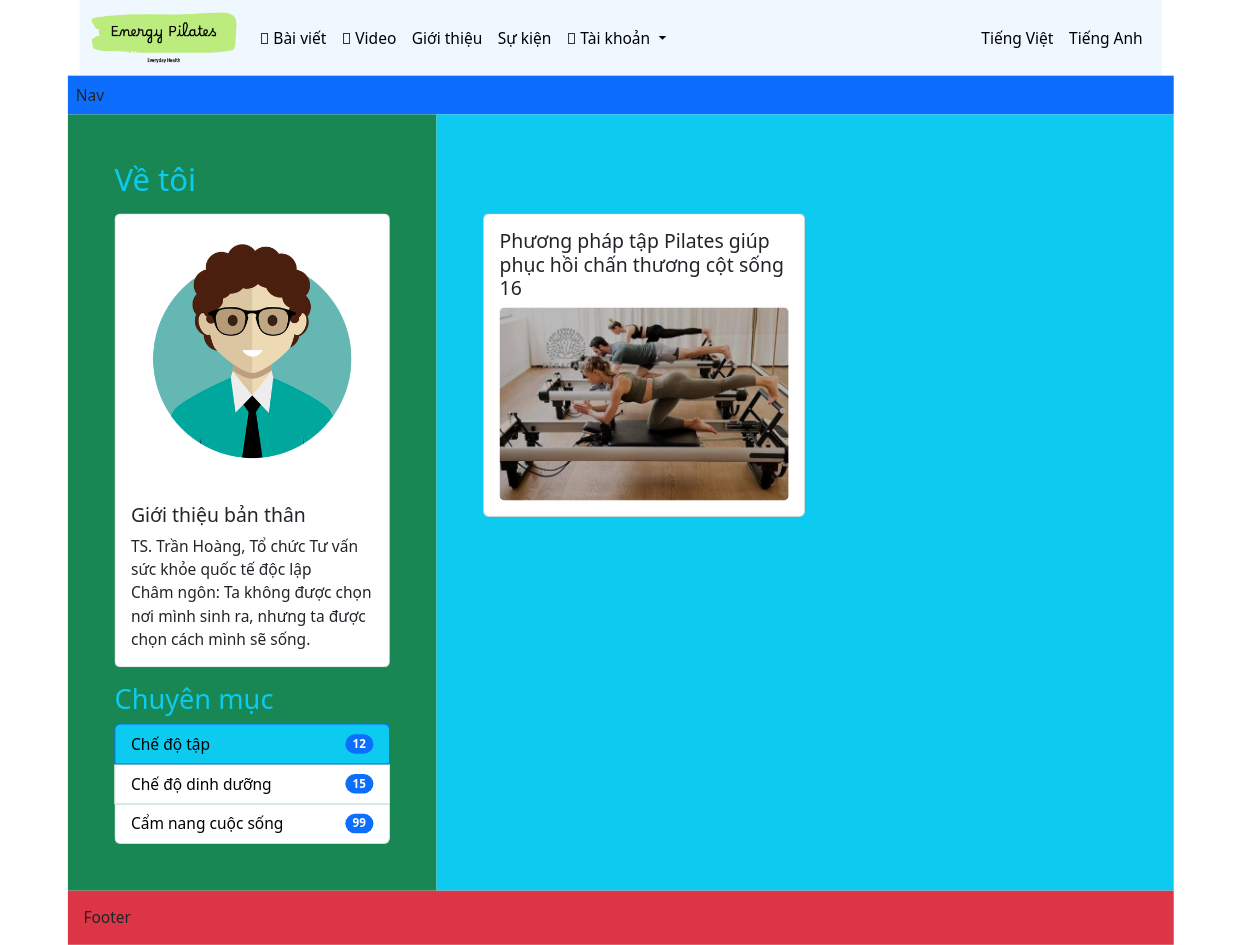
Repository: KizukoHeiwa/SOF308
Page: Lab1/index.html
An editor plug-in stored every save of this project. The page is shown before and after the next save, followed by the edit.
The browser window is 1280 px wide. The pictures show the whole page, at 97% of full size.

Above is the page before, as saved 2024-10-31 10:27:40.

### Lab1/index.html
<!DOCTYPE html>
<html lang="en">
<head>
    <meta charset="UTF-8">
    <meta name="viewport" content="width=device-width, initial-scale=1.0">
    <title>FPT Polytechnic</title>
    <link href="https://cdn.jsdelivr.net/npm/bootstrap@5.3.3/dist/css/bootstrap.min.css" rel="stylesheet" integrity="sha384-QWTKZyjpPEjISv5WaRU9OFeRpok6YctnYmDr5pNlyT2bRjXh0JMhjY6hW+ALEwIH" crossorigin="anonymous">
    <script src="https://cdn.jsdelivr.net/npm/bootstrap@5.3.3/dist/js/bootstrap.bundle.min.js" integrity="sha384-YvpcrYf0tY3lHB60NNkmXc5s9fDVZLESaAA55NDzOxhy9GkcIdslK1eN7N6jIeHz" crossorigin="anonymous"></script>
    <link rel="stylesheet" href="https://cdnjs.cloudflare.com/ajax/libs/font-awesome/4.7.0/css/font-awesome.min.css">
    <style>
        header{
            background-color: aliceblue;
            /* box-shadow: 1px 1px 2px 1px lightgray; */
        }
        .nav-link{
            color: black;
        }
        .nav-link:hover{
            color: green;
        }
        .navbar-nav .nav-link.active, .navbar-nav .nav-link.show {
            color: green;
        }
    </style>

</head>
<body>
    <div class="container">
        <header>
            <nav class="navbar navbar-expand-sm">
                <div class="container">
                    <a class="navbar-brand" href="#">
                        <img src="img/logo-energy-pilates.png" alt="" style="width: 150px;">
                    </a>
                    <div class="collapse navbar-collapse" id="collapsibleNavbar">
                        <ul class="navbar-nav me-auto">
                            <li class="nav-item">
                                <a class="nav-link" href="#"><i class="fa-solid fa-list"></i> Bài viết</a>
                            </li>
                            <li class="nav-item">
                                <a class="nav-link" href="#"><i class="fa-solid fa-film"></i> Video</a>
                            </li>
                            <li class="nav-item">
                                <a class="nav-link" href="#"><i class="fa-solid fa-circle-info"></i> Giới thiệu</a>
                            </li>
                            <li class="nav-item">
                                <a class="nav-link" href="#"><i class="fa-solid fa-calendar-days"></i> Sự kiện</a>
                            </li>
                            <li class="nav-item dropdown">
                                <a class="nav-link dropdown-toggle" href="#" role="button" data-bs-toggle="dropdown">
                                    <i class="fa-solid fa-user"></i> Tài khoản
                                </a>
                                <ul class="dropdown-menu">
                                    <li><a class="dropdown-item" href="#">Đăng nhập</a></li>
                                    <li><a class="dropdown-item" href="#">Quên mật khẩu</a></li>
                                    <li><a class="dropdown-item" href="#">Đăng ký thành viên</a></li>
                                </ul>
                            </li>
                        </ul>
                        <ul class="navbar-nav d-flex">
                            <li class="nav-item">
                                <a class="nav-link">Tiếng Việt</a>
                            </li>
                            <li class="nav-item">
                                <a class="nav-link">Tiếng Anh</a>
                            </li>
                        </ul>
                    </div>
                </div>
            </nav>
        </header>
        <nav class="row bg-primary p-2">Nav</nav>
        <section class="row">
            <aside class="col-sm-4 bg-success p-5">
                <div class="col-sm">
                    <h2 class="text-info mb-3">Về tôi</h2>
                    <div class="card mb-3">
                        <img src="img/avatar.png" class="card-img-top" alt="">
                        <div class="card-body">
                            <h5 class="card-title">Giới thiệu bản thân</h5>
                            <p class="card-text">TS. Trần Hoàng, Tổ chức Tư vấn sức khỏe quốc tế độc lập <br>
                                Châm ngôn: Ta không được chọn nơi mình sinh ra, nhưng ta được chọn cách mình sẽ sống.
                            </p>
                        </div>
                    </div>

                    <h3 class="text-info mt-2">Chuyên mục</h3>
                    <ul class="list-group">
                        <li class="list-group-item active bg-info d-flex justify-content-between align-items-center">
                            <a class="nav-link" href="#">Chế độ tập</a>
                            <span class="badge bg-primary rounded-pill">12</span>
                        </li>
                        <li class="list-group-item d-flex justify-content-between align-items-center">
                            <a class="nav-link" href="#">Chế độ dinh dưỡng</a>
                            <span class="badge bg-primary rounded-pill">15</span>
                        </li>
                        <li class="list-group-item d-flex justify-content-between align-items-center">
                            <a class="nav-link" href="#">Cẩm nang cuộc sống</a>
                            <span class="badge bg-primary rounded-pill">99</span>
                        </li>
                    </ul>
                    <!-- end Chuyên mục -->
                </div>
            </aside>
            <article class="col-sm-8 bg-info p-5">
                <div class="col-sm">
                    <h2 class="text-info mb-3">Blog của tôi</h2>
                    <div class="card col-sm-6">
                        <div class="card-body">
                            <h5 class="card-title">Phương pháp tập Pilates giúp phục hồi chấn thương cột sống <i class="fa-solid fa-message"></i> 16</h5>
                            <img src="img/tap-piltes.jpg" alt="" class="card-img">
                            <p class="card-text"></p>
                        </div>
                    </div>
                </div>
            </article>
        </section>
        <footer class="row bg-danger p-3">Footer</footer>
    </div>
</body>
</html>

After the next save:
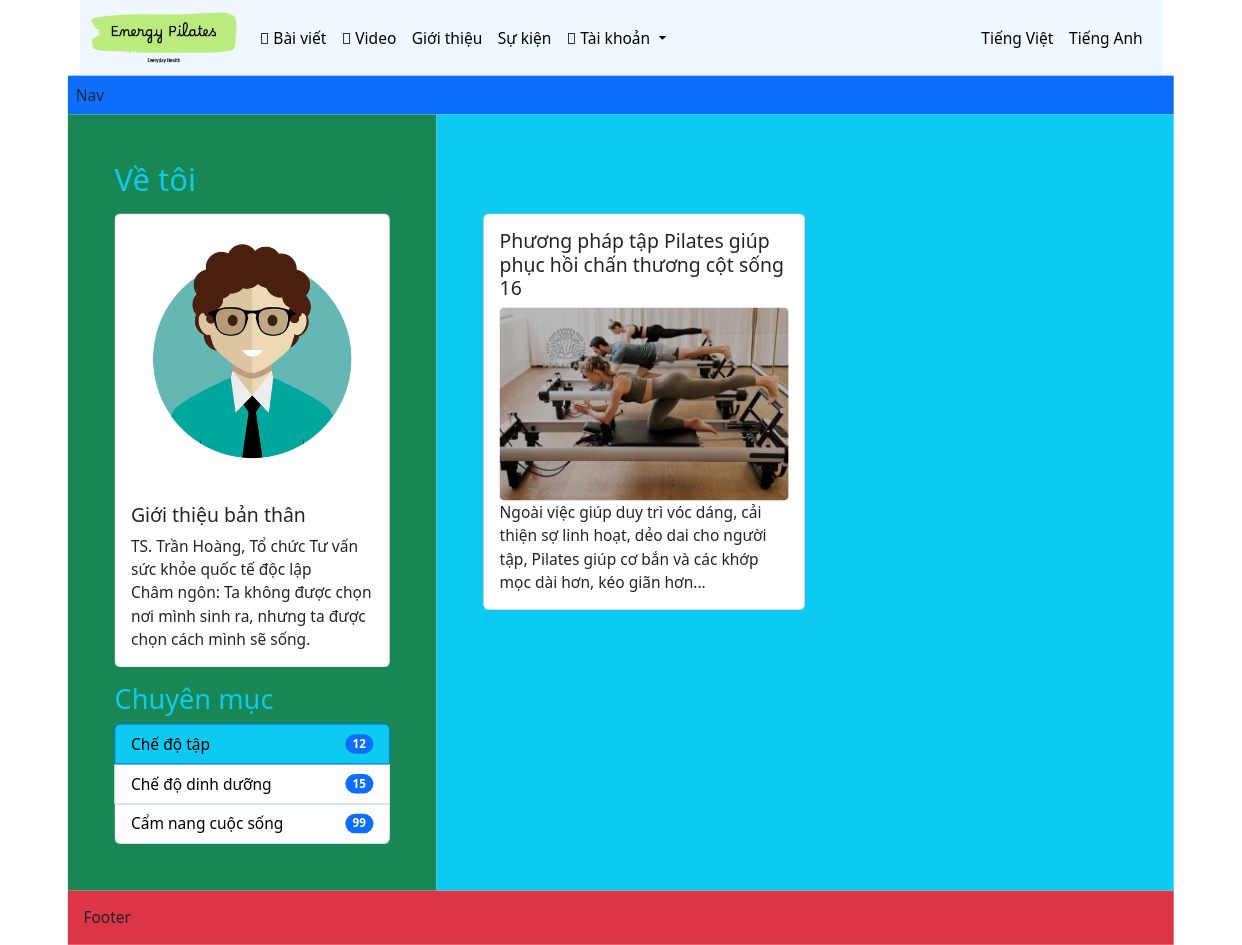
Saved 29 s later.
--- a/Lab1/index.html
+++ b/Lab1/index.html
@@ -109,7 +109,7 @@
                         <div class="card-body">
                             <h5 class="card-title">Phương pháp tập Pilates giúp phục hồi chấn thương cột sống <i class="fa-solid fa-message"></i> 16</h5>
                             <img src="img/tap-piltes.jpg" alt="" class="card-img">
-                            <p class="card-text"></p>
+                            <p class="card-text">Ngoài việc giúp duy trì vóc dáng, cải thiện sợ linh hoạt, dẻo dai cho người tập, Pilates giúp cơ bắn và các khớp mọc dài hơn, kéo giãn hơn...</p>
                         </div>
                     </div>
                 </div>
